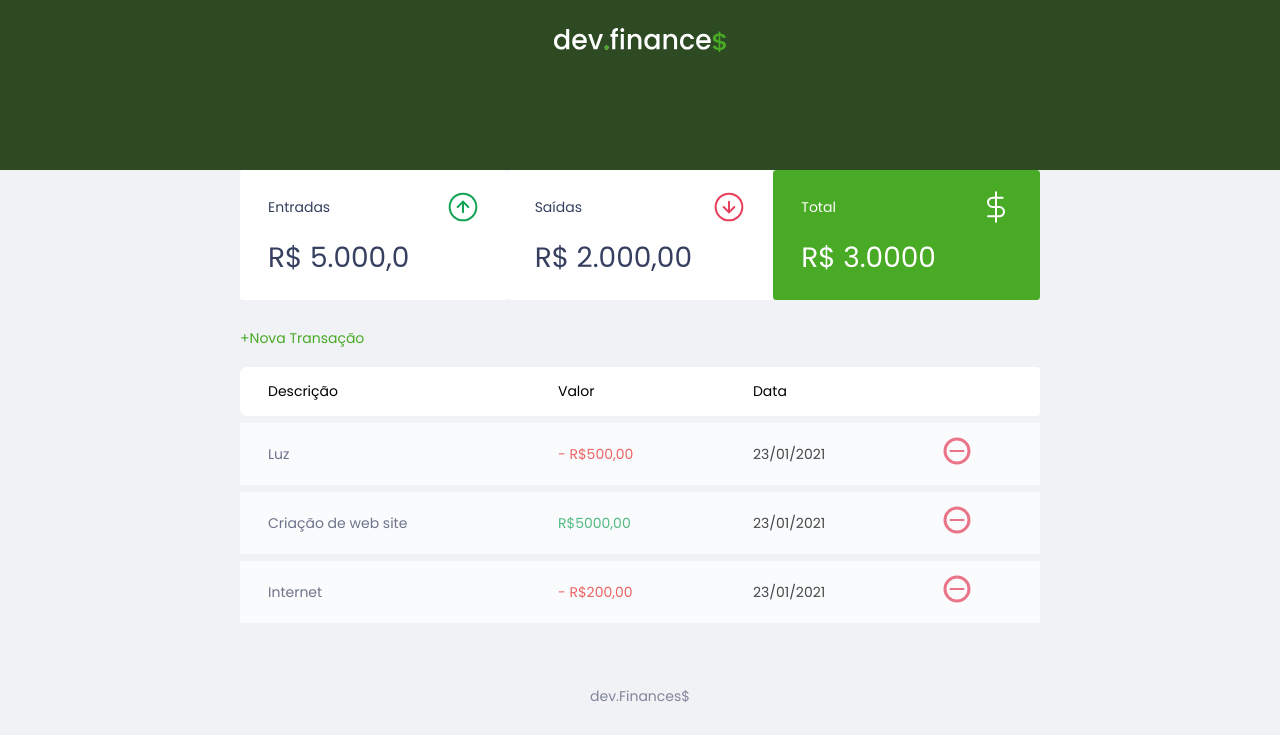
Repository: rafaelmgr12/maratona-dev01
Page: index.html
These files come from the project's save history. The page is drawn as it stood at one moment and after the next save; the edit follows.
The browser window is 1280 px wide. The pictures show the whole page.

Above is the page before, as saved 2021-04-27 20:52:12.

After the next save:
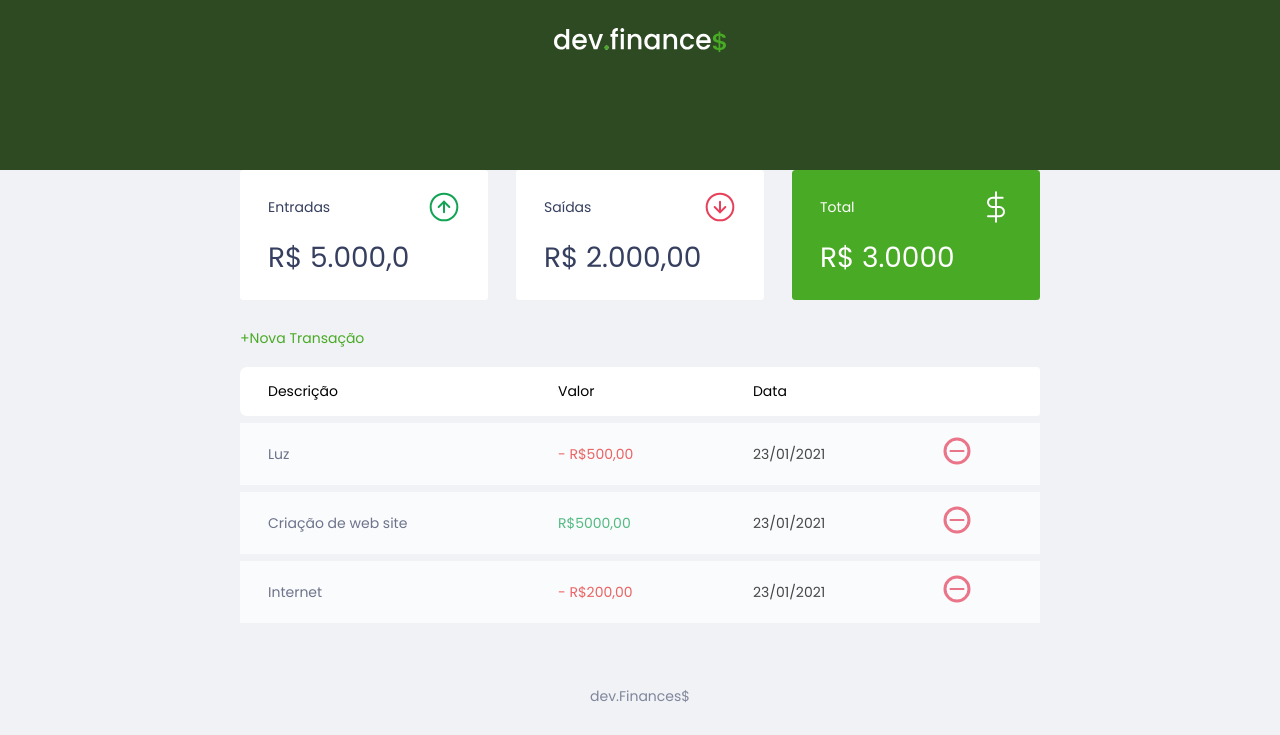
Saved 106 s later.
--- a/style.css
+++ b/style.css
@@ -174,7 +174,8 @@ footer {
   }
   #balance{
     display: grid;
-    grid-template-columns: 1fr 1fr 1fr;
+    grid-template-columns: repeat(3,1fr);
+    gap: 2rem;
 
   }
 }
